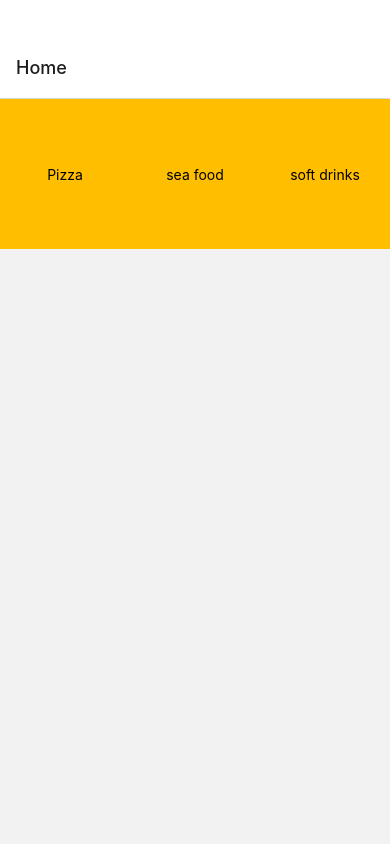
Repository: Esraa22M/ReactNative
Screen: /
The author's editor kept a copy of each file at every save. The screen is drawn from the files as they stood at one save, then again after the next save.
The app was drawn by React Native's web renderer in a window 390 px wide. The project was rebuilt for these pictures with package versions that can differ from the ones it lists, and the page was loaded fresh each time. Also part of the build but not shown: src/components/header/header.component.js, src/colors/front-screen-colors/user-auth-colors.js, src/components/header/header.styles.js, src/components/textInput/textInput.styles.js, src/components/textInput/textInput.components.jsx, src/components/singup-form-body/singup-form-body.components.js, src/screens/front-screen/Singup/singup-screen.screens.jsx, src/authentication/api/login-info.js and 2 more.

Above is the screen before, as saved 2023-09-21 00:28:13.

### App.js
import { SafeAreaView } from "react-native";
import { singupStyles } from "./src/screens/front-screen/Singup/singup-screen.styles";
import { Singup } from "./src/screens/front-screen/Singup/singup-screen.screens";
import UserCard from "./src/screens/front-screen/user-card/user-card.screens";
import { NavigationContainer } from "@react-navigation/native";
import { createStackNavigator } from "@react-navigation/stack";
import { Home } from "./src/screens/front-screen/home/home.screens";
const Stack = createStackNavigator();
export default function App() {
  return (
    <SafeAreaView style={singupStyles.container}>
      {/* <UserCard /> */}
      <NavigationContainer>
        <Stack.Navigator>
          <Stack.Screen name="Home" component={Home} />
        </Stack.Navigator>
      </NavigationContainer>
    </SafeAreaView>
  );
}

### src/screens/front-screen/Singup/singup-screen.styles.jsx
import { StyleSheet } from "react-native";
export const singupStyles = StyleSheet.create({
  container: { flex: 1, marginTop: 35 },
});

### src/screens/front-screen/home/home.screens.js
import { View, Text } from "react-native";
import { Categories } from "../../../components/categories/categories.components";
export const Home = () => {
  return (
    <>
      <Categories />
    </>
  );
};

### src/components/categories/categories.components.js
import { categories } from "../../data/dummay__data";
import { FlatList } from "react-native";
import { CategoryItem } from "./category-item.components";
export const Categories = () => {
  function renderCategoryItem(itemData) {
    return <CategoryItem item={itemData.item} />;
  }
  return (
    <FlatList
      numColumns={3}
      data={categories}
      renderItem={renderCategoryItem}
      keyExtractor={(item) => item.id}
    />
  );
};

### src/data/dummay__data.js
import { Category } from "../modal/category.modals";
export const categories = [
  new Category(
    "1pizza",
    "Pizza",
    "https://img.freepik.com/free-vector/flying-slice-pizza-cartoon-vector-illustration-fast-food-concept-isolated-vector-flat-cartoon-style_138676-1934.jpg?w=740&t=st=1695067102~exp=1695067702~hmac=7d47136b0dff2be87480dc1a22a28658daa67f706d90b59d117303a312dc6c16"
  ),
  new Category(
    "sea_food2",
    "sea food",
    "https://img.freepik.com/free-vector/seafood-products-set_98292-1624.jpg?w=740&t=st=1695067277~exp=1695067877~hmac=62082bdd900b5c830349f2bb8f3cd3466fcfb5395c4f24459194aeaeb256cb2c"
  ),
  new Category(
    "3softDrinks",
    "soft drinks",
    "https://img.freepik.com/free-vector/soda-cups-drink_24877-57922.jpg?w=740&t=st=1695067422~exp=1695068022~hmac=60b80d144880f8a8413a85c867ecfc35a38170c71354acfc84aa5b82ae30d594"
  ),
];

### src/components/categories/category-item.components.js
import { View, Text, Image, StyleSheet } from "react-native";
export const CategoryItem = ({ item }) => {
  const { name, image } = item;
  console.log(item);
  return (
    <View style={styles.container}>
      <Image />
      <Text>{name}</Text>
    </View>
  );
};
const styles = StyleSheet.create({
  container: {
    backgroundColor: "#FFBF00",
    flex: 1,
    height: 150,
    justifyContent: "center",
    alignItems: "center",
  },
});

### src/modal/category.modals.js
export class Category {
  constructor(id, name, image) {
    this.id = id;
    this.name = name;
    this.image = image;
  }
}

After the next save:
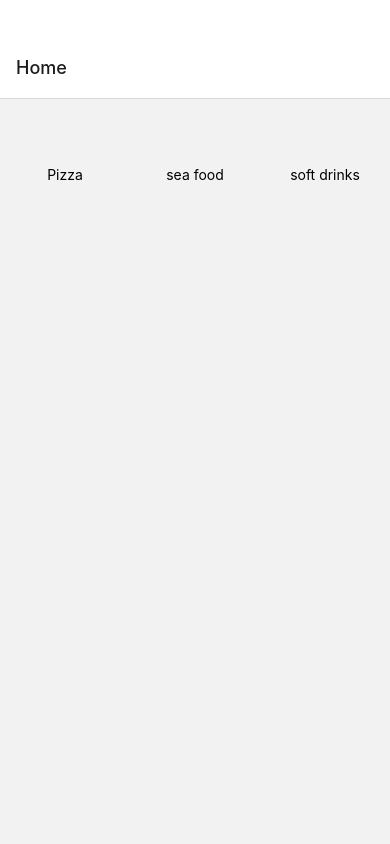
Saved 51 s later.
--- a/src/components/categories/category-item.components.js
+++ b/src/components/categories/category-item.components.js
@@ -11,7 +11,6 @@ export const CategoryItem = ({ item }) => {
 };
 const styles = StyleSheet.create({
   container: {
-    backgroundColor: "#FFBF00",
     flex: 1,
     height: 150,
     justifyContent: "center",
